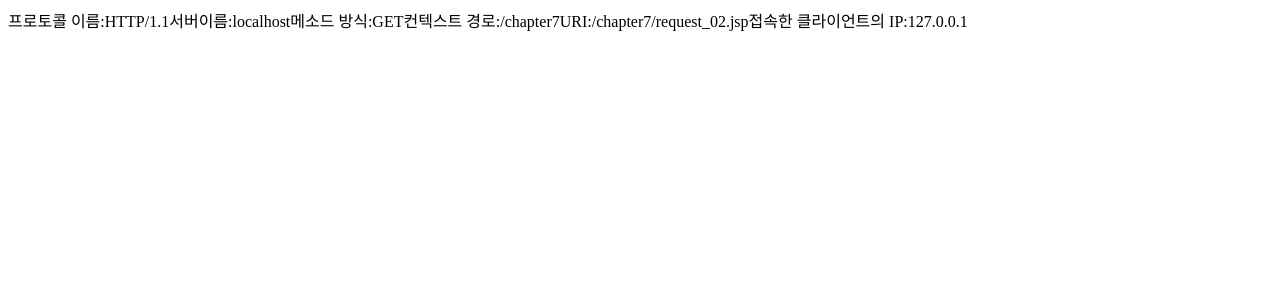
Repository: binkalos/JSP-STUDY
Page: http://localhost/chapter7/request_02.jsp
An editor plug-in stored every save of this project. The page is shown before and after the next save, followed by the edit.
The browser window is 1280 px wide. The pictures show the whole page.
The page is served by Tomcat 9.

Above is the page before, as saved 2019-06-14 02:50:13.

### chapter7/WebContent/request_02.jsp
<%@ page language="java" contentType="text/html; charset=UTF-8"
    pageEncoding="UTF-8"%>
<!DOCTYPE html>
<html>
<head>
<meta charset="UTF-8">
<title>Insert title here</title>
</head>
<body>
<%
	request.setCharacterEncoding("utf-8");

String names[]={"프로토콜 이름","서버이름","메소드 방식","컨텍스트 경로","URI","접속한 클라이언트의 IP"};
String values[]={request.getProtocol(),request.getServerName(),request.getMethod(),request.getContextPath(),request.getRequestURI(),request.getRemoteAddr()};

for(int i = 0;i<names.length;i++){
	out.print(names[i]+":"+values[i]);
}
%>
</body>
</html>

After the next save:
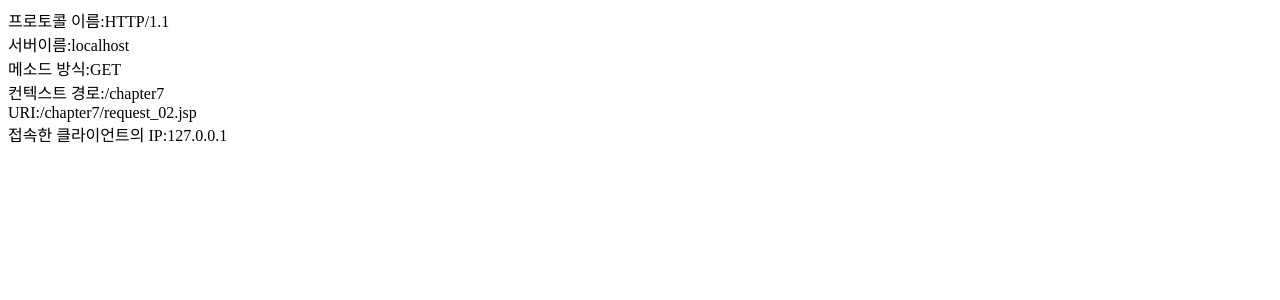
Saved 7 s later.
--- a/chapter7/WebContent/request_02.jsp
+++ b/chapter7/WebContent/request_02.jsp
@@ -14,7 +14,7 @@ String names[]={"프로토콜 이름","서버이름","메소드 방식","컨텍
 String values[]={request.getProtocol(),request.getServerName(),request.getMethod(),request.getContextPath(),request.getRequestURI(),request.getRemoteAddr()};
 
 for(int i = 0;i<names.length;i++){
-	out.print(names[i]+":"+values[i]);
+	out.print(names[i]+":"+values[i]+"<br>");
 }
 %>
 </body>
